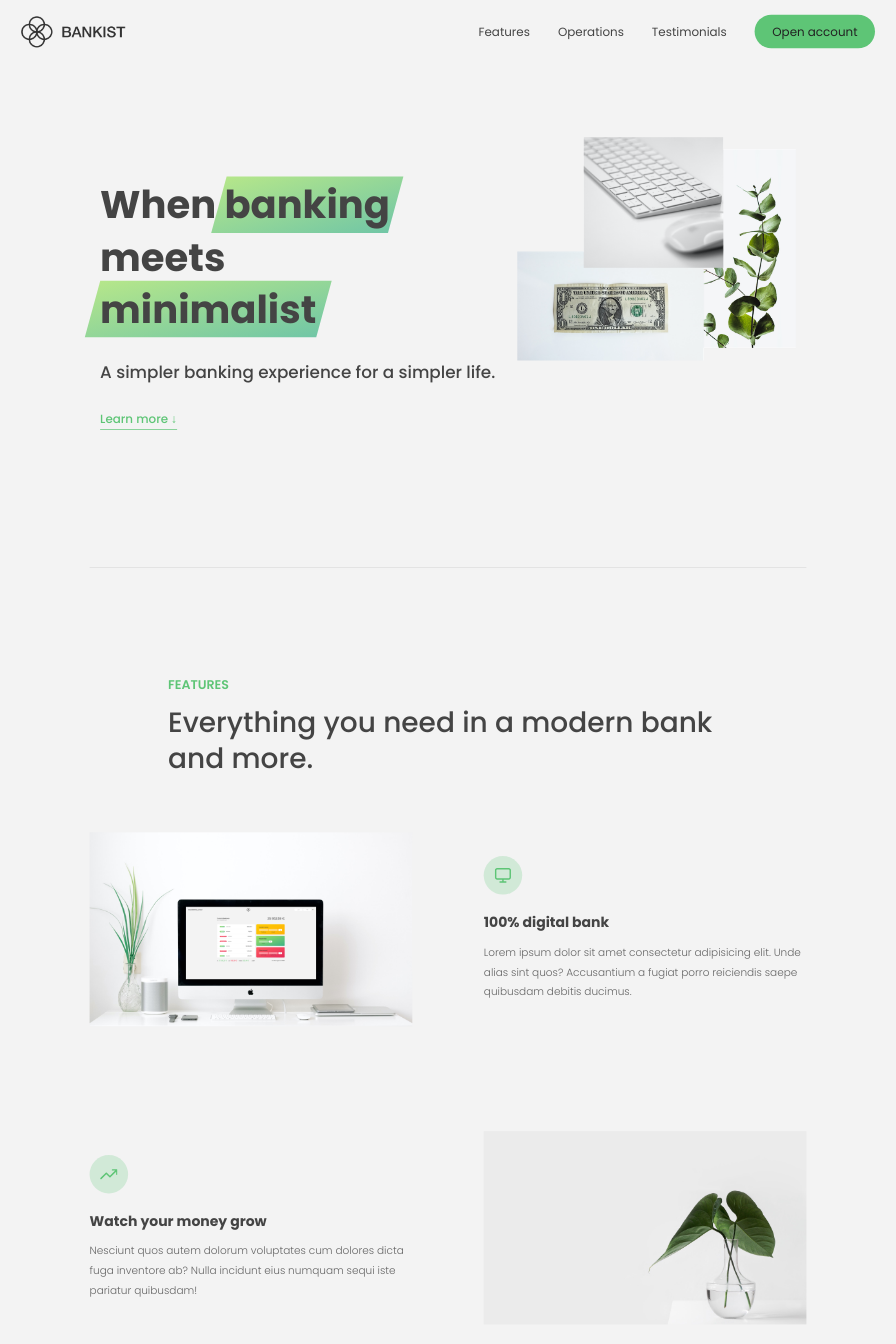
Repository: nptg3105/Bankist
Page: index.html
An editor plug-in stored every save of this project. The page is shown before and after the next save, followed by the edit.
The browser window is 1280 px wide. The pictures show the part of the page from y = 0 to 1920 px (the page is 5180 px tall), at 70% of full size.
Some web libraries are served in a nearby version.

Above is the page before, as saved 2022-06-03 07:32:53.

After the next save:
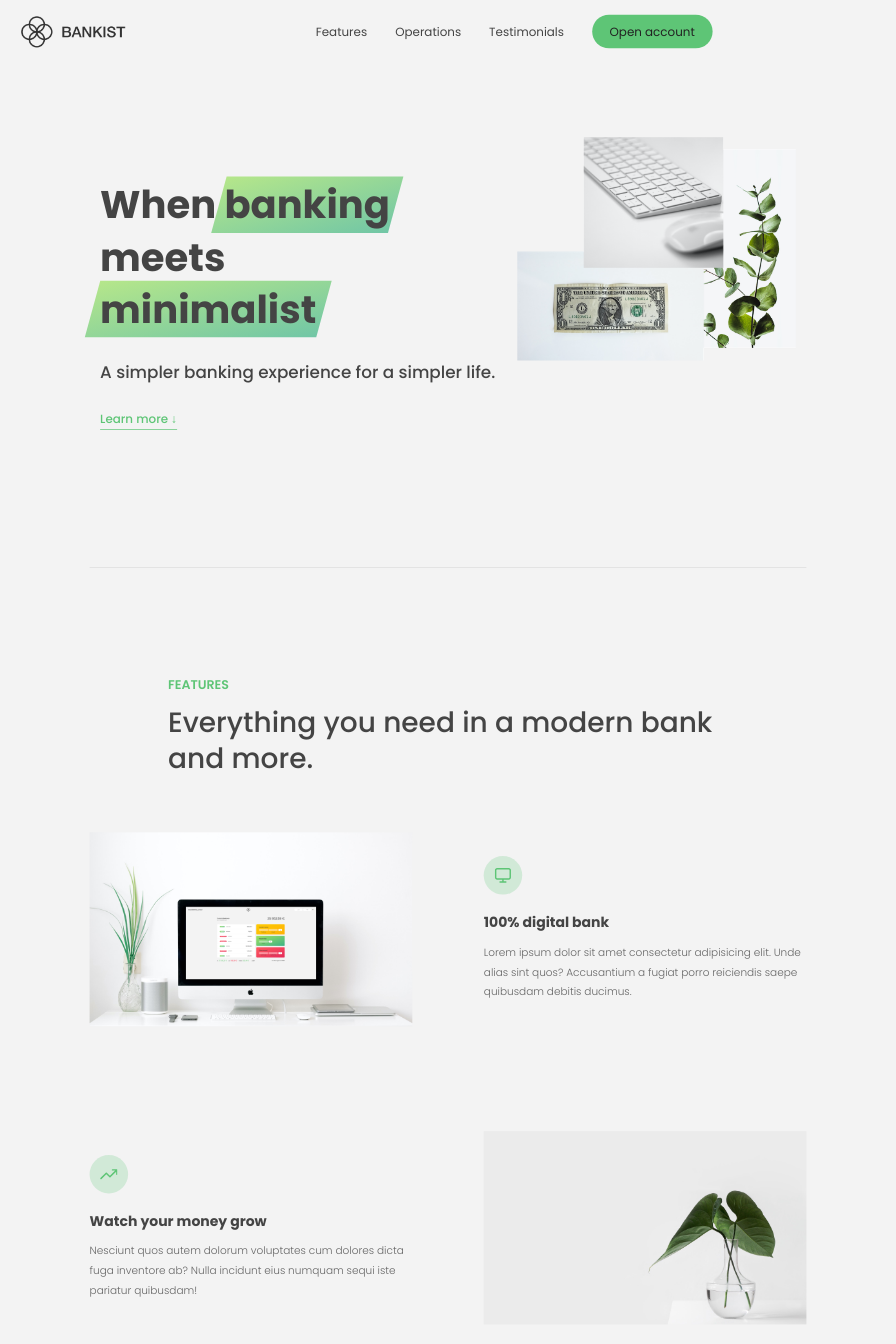
Saved 51 s later.
--- a/index.html
+++ b/index.html
@@ -44,6 +44,8 @@
           >
         </li>
       </ul>
+
+      <div class="nav__hamburger"></div>
     </nav>
     <ul class="nav-mobile">
       <div class="nav-mobile__links">

After the save that followed:
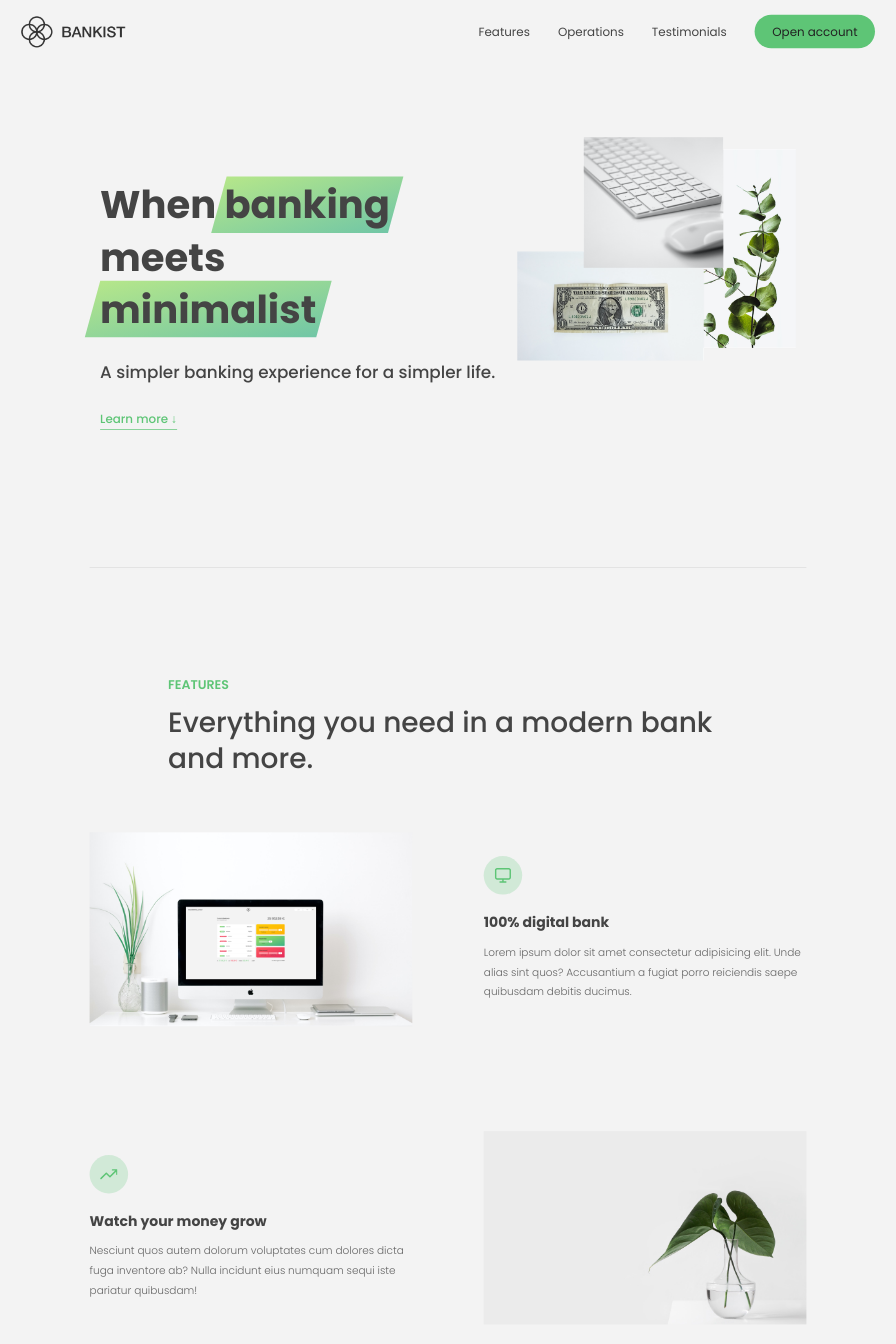
Saved 48 s later.
--- a/index.html
+++ b/index.html
@@ -45,7 +45,9 @@
         </li>
       </ul>
 
-      <div class="nav__hamburger"></div>
+      <div class="nav__button">
+        <span class="nav__hamburger"></span>
+      </div>
     </nav>
     <ul class="nav-mobile">
       <div class="nav-mobile__links">
